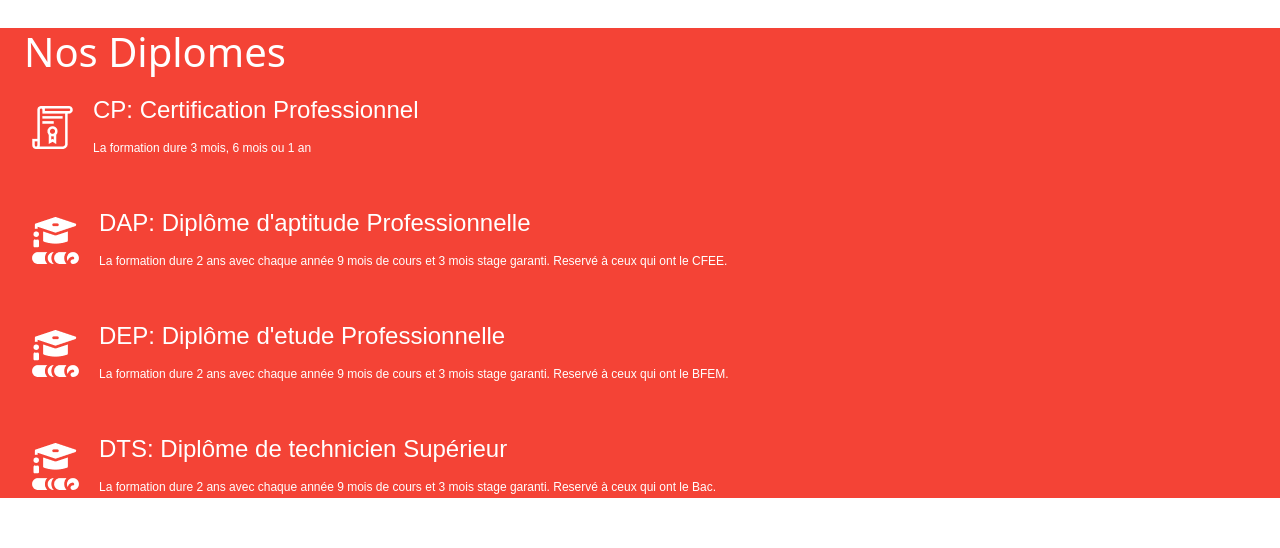
Repository: wadelfadill/tache_6_validation_prototype_bootstrap
Page: index.html
An editor plug-in stored every save of this project. The page is shown before and after the next save, followed by the edit.
The browser window is 1280 px wide. The pictures show the part of the page from y = 1831 to 2379 px (the page is 2379 px tall).
A picture or video elsewhere on the page could not be fetched, so the positions and the page height are approximate. Some web libraries are served in a nearby version.

Above is the page before, as saved 2023-04-24 22:52:12.

After the next save:
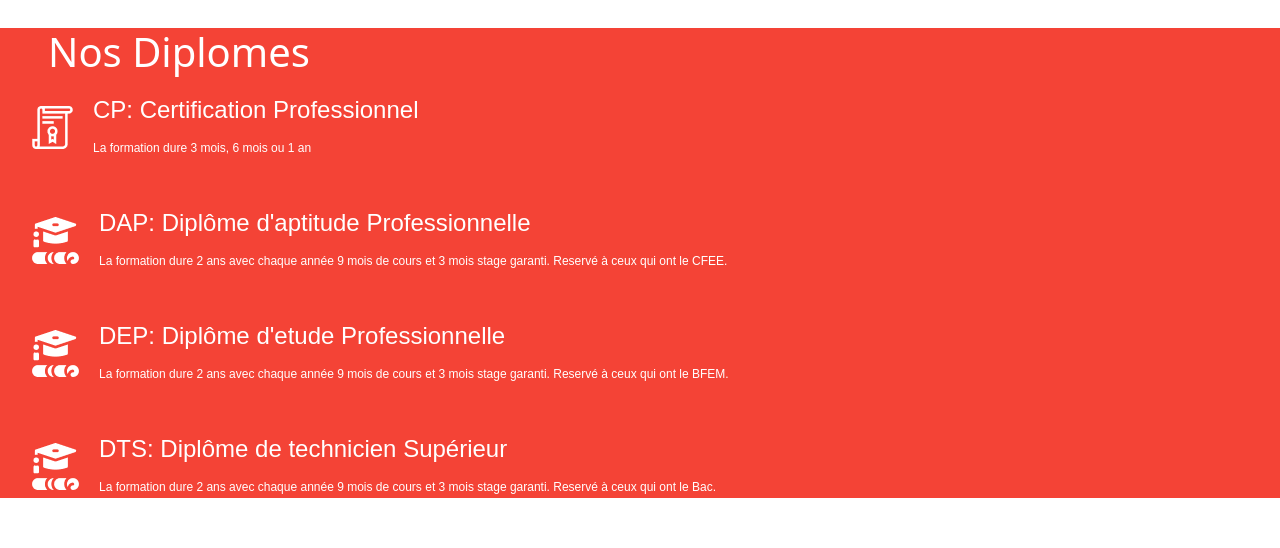
Saved 8 s later.
--- a/index.html
+++ b/index.html
@@ -177,7 +177,7 @@
 
         <!-- ========== Start diplomes Section ========== -->
         <section id="diplomes">
-            <h1 class="text-left ms-4">Nos Diplomes</h1>
+            <h1 class="text-left ms-5">Nos Diplomes</h1>
             <ul>
                 <li><div class="dlogo"><img src="image/1.png" alt=""></div><div class="dtext"><span class="dtitle">CP: Certification Professionnel</span>         <span class="dtext">La formation dure 3 mois, 6 mois ou 1 an</span></div></li>
                 <li><div class="dlogo"><img src="image/2.png" alt=""></div><div class="dtext"><span class="dtitle">DAP: Diplôme d'aptitude Professionnelle</span> <span class="dtext">La formation dure 2 ans  avec chaque année 9 mois de cours et 3 mois stage garanti. Reservé à ceux qui ont le CFEE.</span></div></li>
